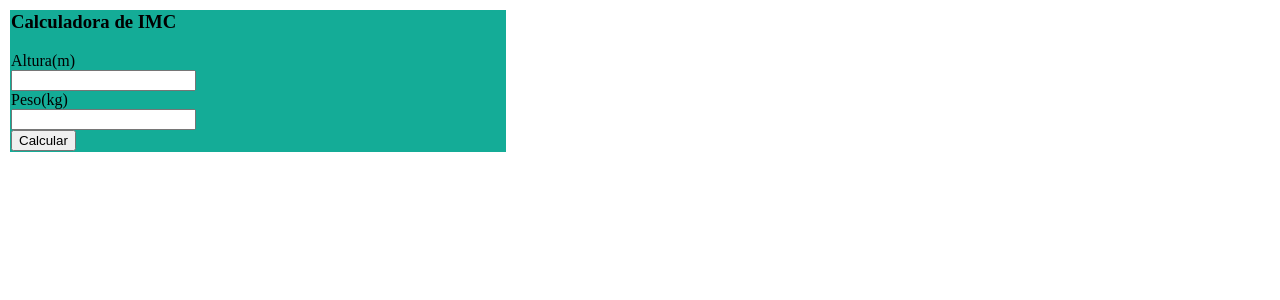
Repository: Patriciamativi/Projetos
Page: index.html
An editor plug-in stored every save of this project. The page is shown before and after the next save, followed by the edit.
The browser window is 1280 px wide. The pictures show the whole page.

Above is the page before, as saved 2022-11-21 14:45:23.

### index.html
<html>
    <head>
        <title>Calculadora de IMC</title>
        <meta charset="utf-8"/>

        <style type="text/css">

            p {
                border: 5px groove border green;
                border-radius: 5px;
                border-style: ;

            }
            td {

                background-color: rgb(20, 172, 151);
            }

        </style>
    </head>
   <p>
<table border="0" width="500">
    <body>
         <tr>
            <td><h3>Calculadora de IMC</h3>
            Altura(m)<br/>
            <input type: "number" > </br>
            Peso(kg)<br/>
            <input type: "number" > </br>
            <input type= "submit" value="Calcular"></td></tr>

    </table>
</p>
</body>
</html>

After the next save:
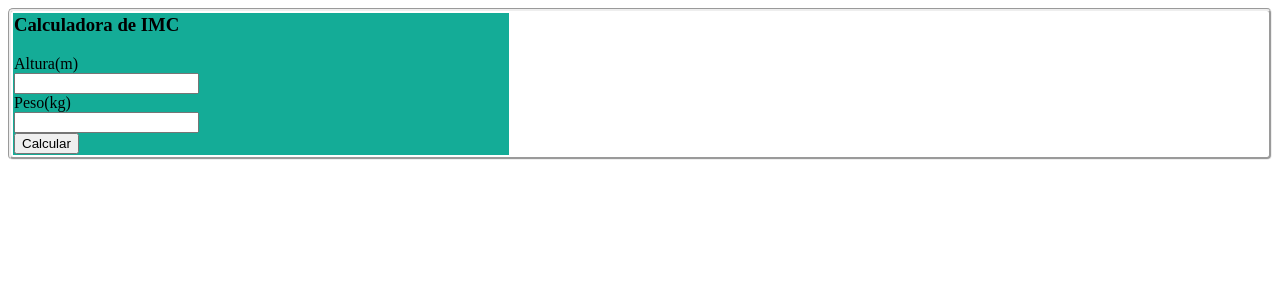
Saved 5 s later.
--- a/index.html
+++ b/index.html
@@ -8,7 +8,7 @@
             p {
                 border: 5px groove border green;
                 border-radius: 5px;
-                border-style: ;
+                border-style: groove;
 
             }
             td {
